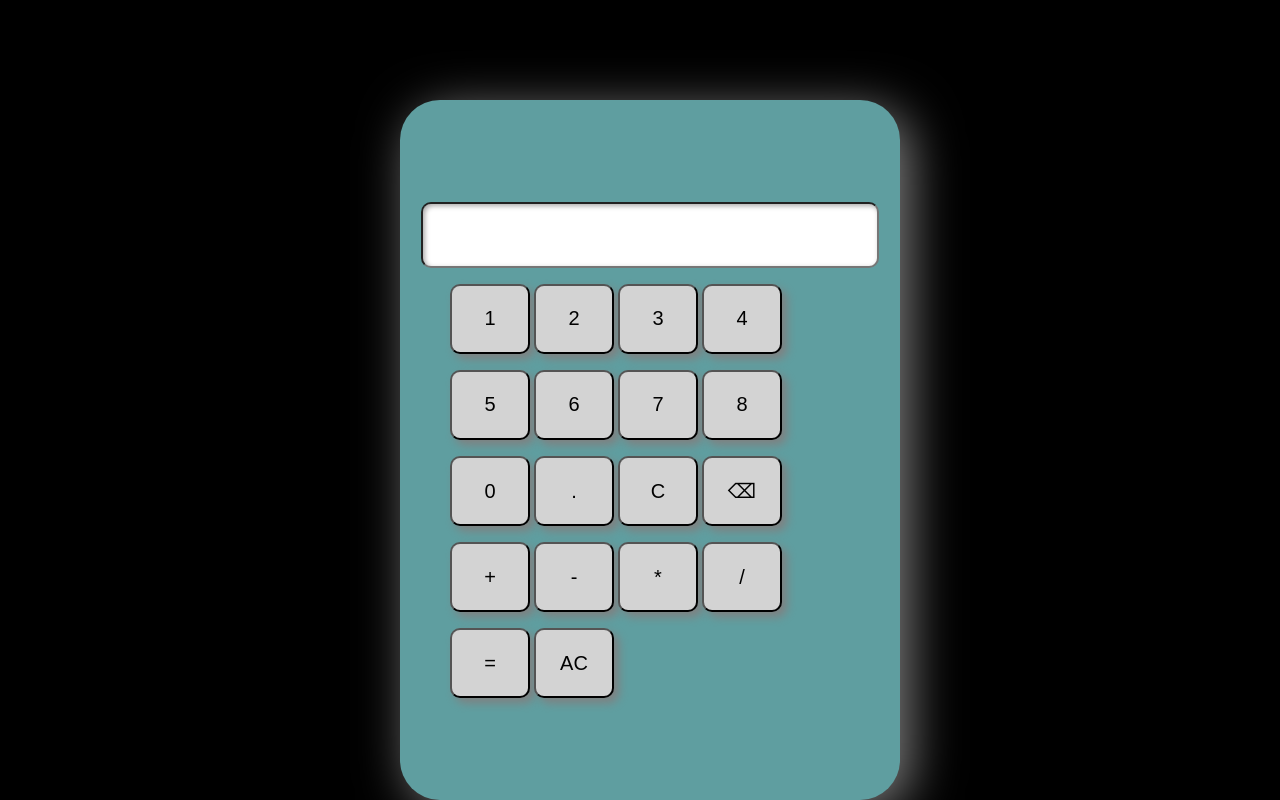
Repository: sristigupta04/basic-js-project
Page: calculator/work.html
The author's editor kept a copy of each file at every save. The page is drawn from the files as they stood at one save, then again after the next save.
The browser window is 1280 px wide. The pictures show the whole page.

Above is the page before, as saved 2026-01-14 15:30:48.

After the next save:
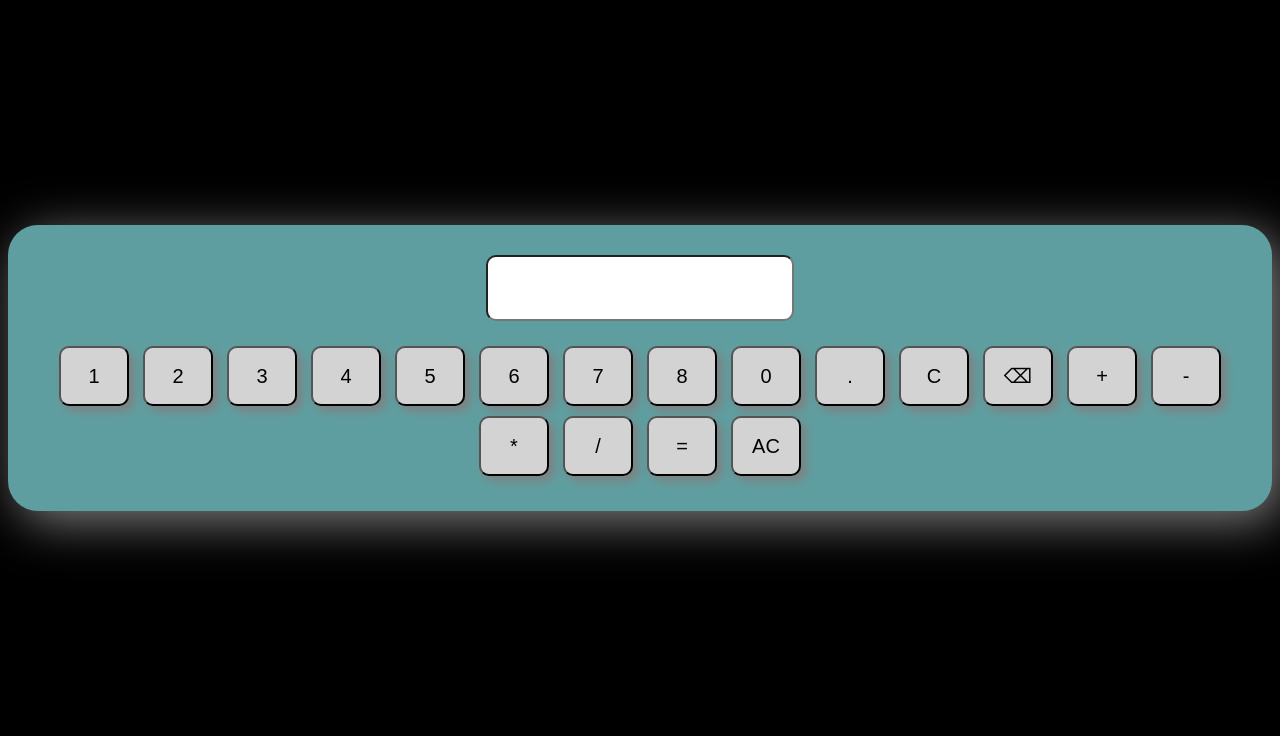
Saved 10 s later.
--- a/calculator/work.css
+++ b/calculator/work.css
@@ -1,50 +1,40 @@
-body{
-    align-items:  center;
-    margin:0;
-    padding: 0;
-    background-color: black;
-}
-.container{
-    display: flex;
-    justify-content: center;
-    align-items: center;
-    flex:1;
-    flex-direction: column;
-    height:600px;
-    background-color: cadetblue;
-    width:400px;
-    margin-left:400px;
-    margin-top: 100px;
-    padding: 50px;
-    border-radius: 40px;
-    box-shadow: 10px 10px 50px grey;
-}
-.container input{
-    height: 60px;
-    width: 450px;
-    font-size: 25px;
-    text-align: right;
-    border-radius: 10px;
-    gap:2px;
+body {
+  background-color: black;
+  display: flex;
+  justify-content: center;
+  align-items: center;
+  height: 100vh;
 }
 
-.container button{
-    height: 70px;
-    width: 80px;
-    font-size: 20px;
-    margin-top: 1rem;;
-    border-radius: 10px;
-    background-color: lightgrey;
-    box-shadow: 5px 5px 10px grey;
+.container {
+  background-color: cadetblue;
+  padding: 30px;
+  border-radius: 30px;
+  box-shadow: 10px 10px 50px grey;
+  text-align: center;
+}
+
+.container input {
+  width: 300px;
+  height: 60px;
+  font-size: 25px;
+  text-align: right;
+  border-radius: 10px;
+  margin-bottom: 20px;
+}
+
+.container button {
+  width: 70px;
+  height: 60px;
+  margin: 5px;
+  font-size: 20px;
+  border-radius: 10px;
+  background-color: lightgrey;
+  box-shadow: 5px 5px 10px grey;
 }
 
 button:hover {
-    background-color: lightcoral;
-    cursor: pointer;
-    transform: scale(1.05);
-    transition: 0.2s;
+  background-color: lightcoral;
+  cursor: pointer;
+  transform: scale(1.05);
 }
-
-input {
-    box-shadow: inset 2px 2px 5px #aaa;
-}

After the save that followed:
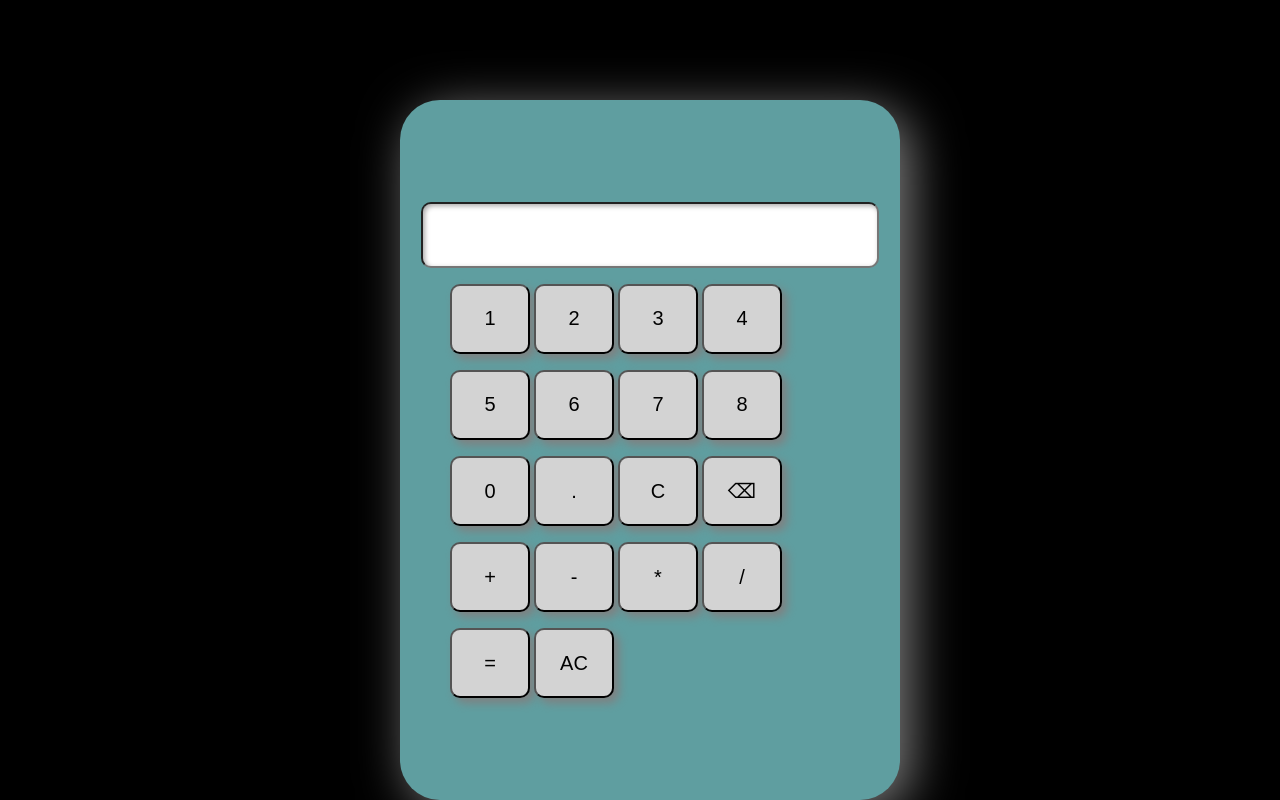
Saved 14 s later.
--- a/calculator/work.css
+++ b/calculator/work.css
@@ -1,40 +1,50 @@
-body {
-  background-color: black;
-  display: flex;
-  justify-content: center;
-  align-items: center;
-  height: 100vh;
+body{
+    align-items:  center;
+    margin:0;
+    padding: 0;
+    background-color: black;
+}
+.container{
+    display: flex;
+    justify-content: center;
+    align-items: center;
+    flex:1;
+    flex-direction: column;
+    height:600px;
+    background-color: cadetblue;
+    width:400px;
+    margin-left:400px;
+    margin-top: 100px;
+    padding: 50px;
+    border-radius: 40px;
+    box-shadow: 10px 10px 50px grey;
+}
+.container input{
+    height: 60px;
+    width: 450px;
+    font-size: 25px;
+    text-align: right;
+    border-radius: 10px;
+    gap:2px;
 }
 
-.container {
-  background-color: cadetblue;
-  padding: 30px;
-  border-radius: 30px;
-  box-shadow: 10px 10px 50px grey;
-  text-align: center;
-}
-
-.container input {
-  width: 300px;
-  height: 60px;
-  font-size: 25px;
-  text-align: right;
-  border-radius: 10px;
-  margin-bottom: 20px;
-}
-
-.container button {
-  width: 70px;
-  height: 60px;
-  margin: 5px;
-  font-size: 20px;
-  border-radius: 10px;
-  background-color: lightgrey;
-  box-shadow: 5px 5px 10px grey;
+.container button{
+    height: 70px;
+    width: 80px;
+    font-size: 20px;
+    margin-top: 1rem;;
+    border-radius: 10px;
+    background-color: lightgrey;
+    box-shadow: 5px 5px 10px grey;
 }
 
 button:hover {
-  background-color: lightcoral;
-  cursor: pointer;
-  transform: scale(1.05);
+    background-color: lightcoral;
+    cursor: pointer;
+    transform: scale(1.05);
+    transition: 0.2s;
 }
+
+input {
+    box-shadow: inset 2px 2px 5px #aaa;
+}
